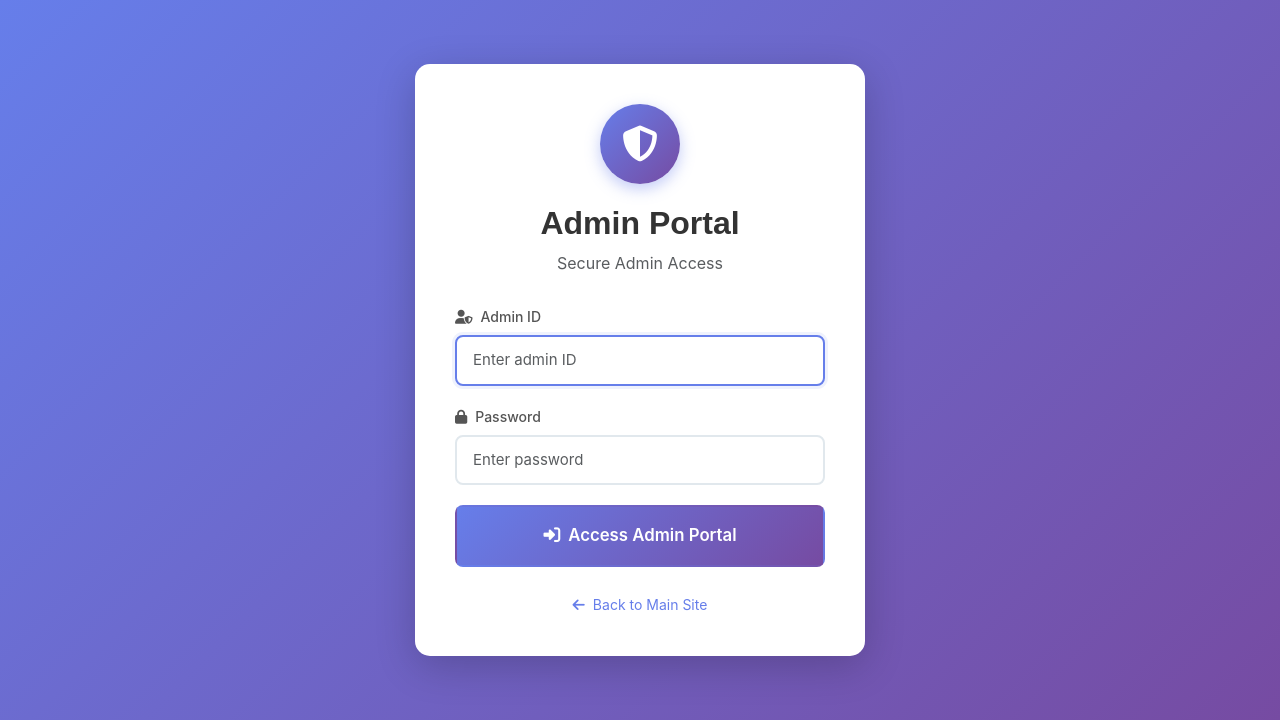
Repository: anamika-webdev/zuree_telecom_react
Page: /admin-login
An editor plug-in stored every save of this project. The page is shown before and after the next save, followed by the edit.
The browser window is 1280 px wide. The pictures show the whole page.
The page's requests for data from a server got no answer. The project was rebuilt for these pictures with package versions that can differ from the ones it lists, and the page was loaded fresh each time. No one was signed in, and anything a server would have sent is missing. Also part of the build but not shown: vite.config.js, src/components/layout/Layout.jsx, src/assets/css/admin-layout.css, src/components/layout/AdminLayout.jsx, src/components/PrivateRoute.jsx, src/pages/Home.jsx, src/components/common/PageTitle.jsx, src/pages/AboutUs.jsx and 37 more.

Above is the page before, as saved 2025-11-05 22:00:55.

After the next save:
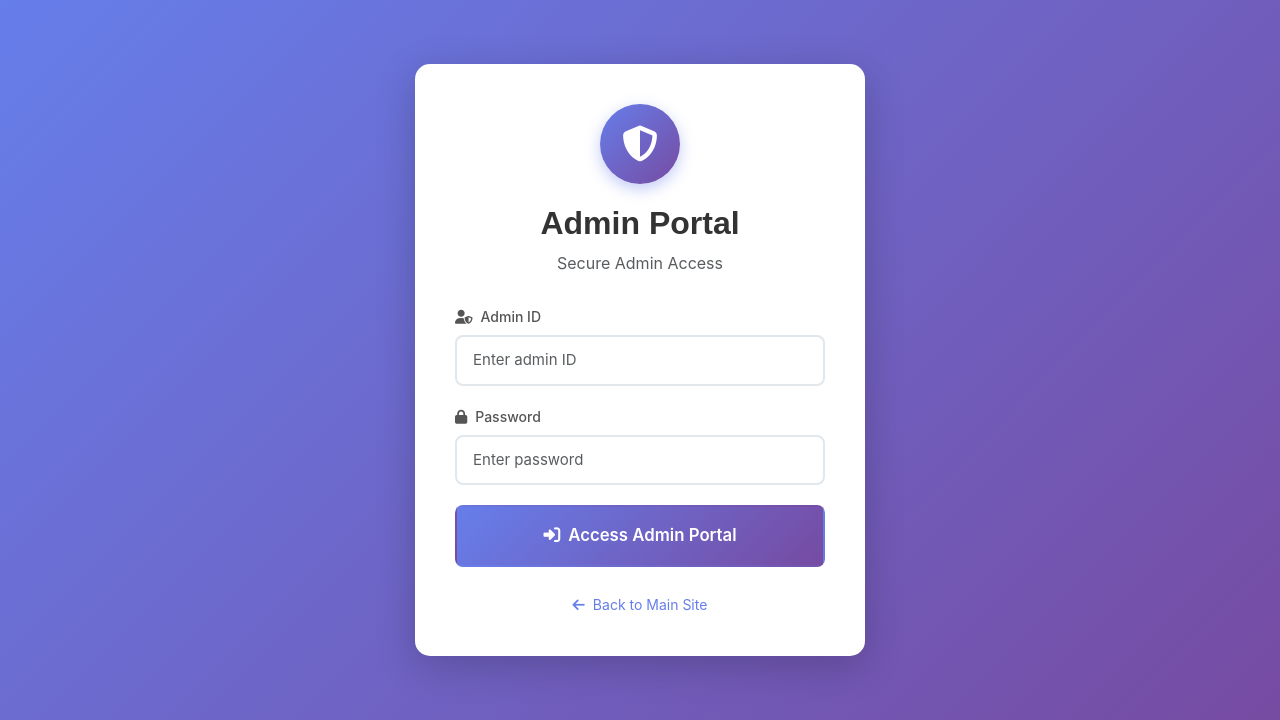
Saved 16 h 59 min later.
--- a/src/pages/AdminLogin.jsx
+++ b/src/pages/AdminLogin.jsx
@@ -11,7 +11,7 @@ const AdminLogin = () => {
 
   // FIX 2: Change state property from 'username' to 'loginId' to match the API
   const [formData, setFormData] = useState({
-    loginId: '',
+    username: '',
     password: ''
   });
   const [error, setError] = useState('');
@@ -75,16 +75,14 @@ const AdminLogin = () => {
                 Admin ID
               </label>
               <input
-                type="text"
-                // FIX 4: 'name' and 'value' must match the state property 'loginId'
-                name="loginId"
-                className="form-control"
-                value={formData.loginId}
-                onChange={handleChange}
-                placeholder="Enter admin ID"
-                required
-                autoFocus
-                disabled={loading}
+                input
+           type="text"
+           name="username"
+           className="form-control"
+           value={formData.username}
+           onChange={handleChange}
+           placeholder="Enter admin ID"
+           required
               />
             </div>
 
